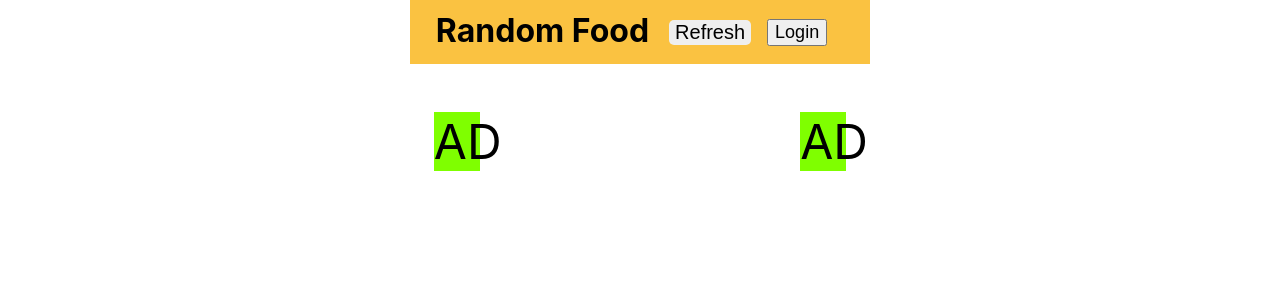
Repository: limjoohyun2030/random-food
Page: /random-food/home
These files come from the project's save history. The page is drawn as it stood at one moment and after a run of saves; the edit follows.
The browser window is 1280 px wide. The pictures show the whole page.
The page's requests for data from a server got no answer. The project was rebuilt for these pictures with package versions that can differ from the ones it lists, and the page was loaded fresh each time. A package was used in the major version that the imports need, not the one package.json lists. No one was signed in, and anything a server would have sent is missing. Also part of the build but not shown: src/components/food_detail/food_detail.module.css, src/components/food_detail/food_detail.jsx, src/components/food_item/food_item.module.css, src/components/food_item/food_item.jsx, src/components/login/login.module.css, src/components/login/login.jsx.

Above is the page before, as saved 2021-11-11 17:40:36.

After the next 2 saves:
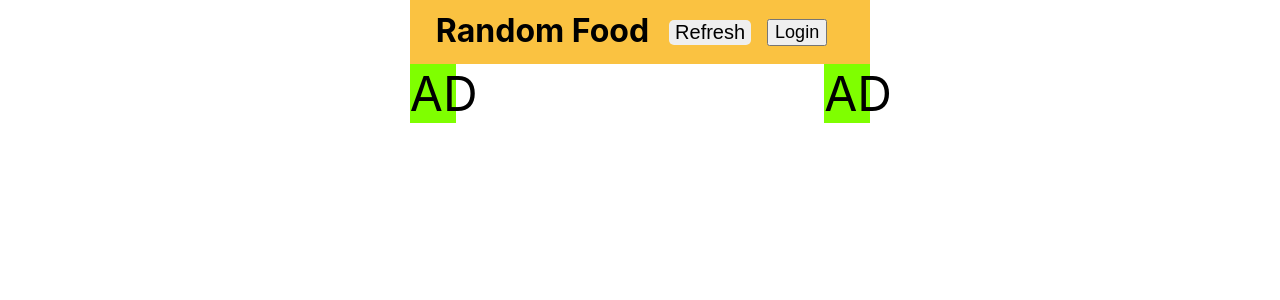
The 2 saves are shown as one change because they came seconds apart.
The last was saved 26 s later.
--- a/src/components/food_list/food_list.module.css
+++ b/src/components/food_list/food_list.module.css
@@ -15,8 +15,6 @@
 }
 
 .sidebarLeft {
-  margin-top: 1em;
-  margin-left: 0.5em;
   background-color: chartreuse;
   font-size: 3em;
   width: 10%;
@@ -30,8 +28,6 @@
 }
 
 .sidebarRight {
-  margin-top: 1em;
-  margin-right: 0.5em;
   background-color: chartreuse;
   font-size: 3em;
   width: 10%;
